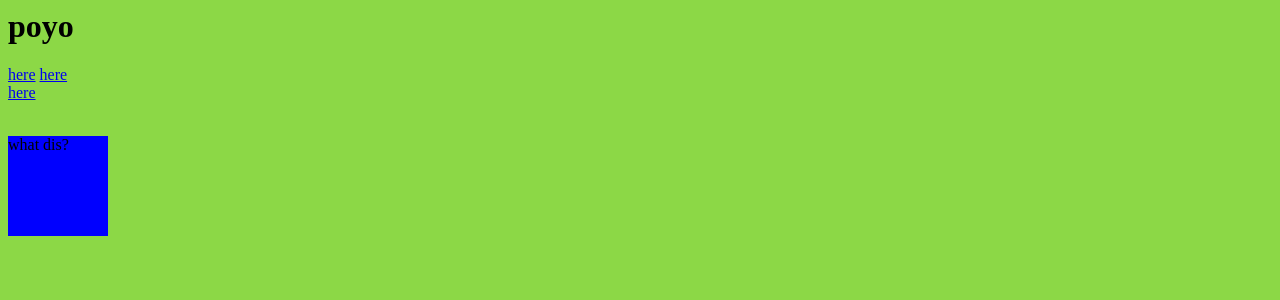
Repository: jessehapuli/jessehapuli.github.io
Page: rocket/idex.html
The author's editor kept a copy of each file at every save. The page is drawn from the files as they stood at one save, then again after the next save.
The browser window is 1280 px wide. The pictures show the whole page.
After loading, the first visible `a[onclick="doCoolStuff();"]` was clicked once.

Above is the page before, as saved 2024-04-18 12:56:09.

### rocket/idex.html
<html>
    <head>
        <script src="script.js"></script>
        <link rel="stylesheet" href="lmao.css"></link>
    </head>
    <body>
            <h1>poyo</h1>

            <a href="#" onclick="car.fly();">here</a>

            <a href="#" onclick="sayMyName('Jesse pinkman');">here</a>

            <br>

            <a href="#" onclick="doCoolStuff();">here</a>

            <br>

            <br>

            <div class="cool" id="cool"><p>what dis?</p></div>
    </body>



</html>

### rocket/script.js
var sayMyName = function (name) {
    alert ('Youre: '+name);
}

var favcolor = 'bred';
var myfavcolor = ['blue', 'black', 'green'];
var numoffavcolors = 3;
var hsagotfavcolor = true;
var jeobject = {
    firstname: 'Je',
    lastname: 'ss',
    thirdname: 'e',
    favcolor: ['blue', 'red', 'green']
    ,
    yearsalive: '4.6bilj',
    ismale: true,
}

var car = {
    make: 'wolksWagen',
    type: 'Beetle',
    color: 'lightBlue',
    IsTurnedOn: false,
    numberofwheels: 4,
    seats: [
        'seat 1',
        'seat 2',
        'seat 3',
        'seat 4',
        'seat 5'
    ],

    TurnOn: function () {
        this.IsTurnedOn = true;
    },

        switchcar: function (isOn) {
    console.log('turncar'+isOn)
        ;
    if (isOn == true) {
        this.IsTurnedOn = true;
    } else {
        this.IsTurnedOn = false;
        }
    },


    fly: function () {
        alert('fly');
    }

};

var car2 = {
    type: 'dispencer',
    color: 'red',
    level: '1',
    hp: '100',
    canfly: 'True',
    seats: [
        'seat 1',
        'seat 2'
    ],

    IsTurnedOn: (true),

    flyightMode: function () {
        if (vector > 100) {
            this.flyightMode.IsTurnedOn = true
        } else {
            this.flyightMode.IsTurnedOn = false
        }
    }

}

var doCoolStuff = function () {
    document.getElementById('cool').classname = 'cool red';
}

### rocket/lmao.css
body {
    background-color: rgb(140, 216, 70);
}

.cool {
    width: 100px;
    height: 100px;
    background-color: blue;
    transition: background-color 1s;
}

.cool.red {
    background-color: red;
}

After the next save:
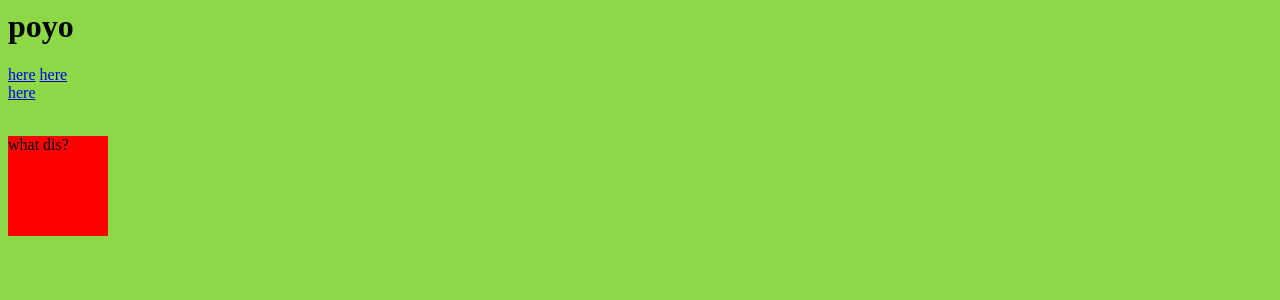
Saved 25 s later.
--- a/rocket/script.js
+++ b/rocket/script.js
@@ -75,5 +75,5 @@
 }
 
 var doCoolStuff = function () {
-    document.getElementById('cool').classname = 'cool red';
+    document.getElementById('cool').className = 'cool red';
 }

After the 6 saves that followed:
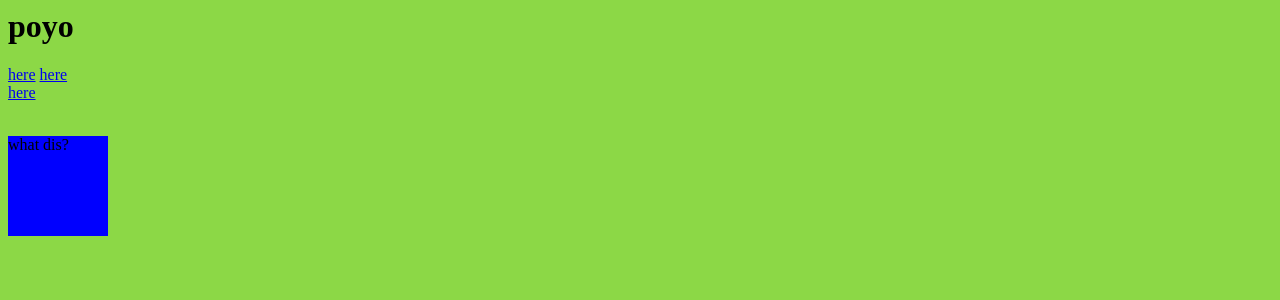
The 6 saves are shown as one change because 5 left the picture as it was.
The last was saved 14 min 33 s later.
--- a/rocket/script.js
+++ b/rocket/script.js
@@ -75,5 +75,13 @@
 }
 
 var doCoolStuff = function () {
-    document.getElementById('cool').className = 'cool red';
+    var currentClassName = document.getElementById('cool').className;
+
+    if (currentClassName == 'cool') {
+        document.getElementById('cool').className = 'cool red';
+    } else {
+    document.getElementById('cool').className = 'cool';
+    }
+
+    document.getElementById('cool').className = 'cool';
 }
